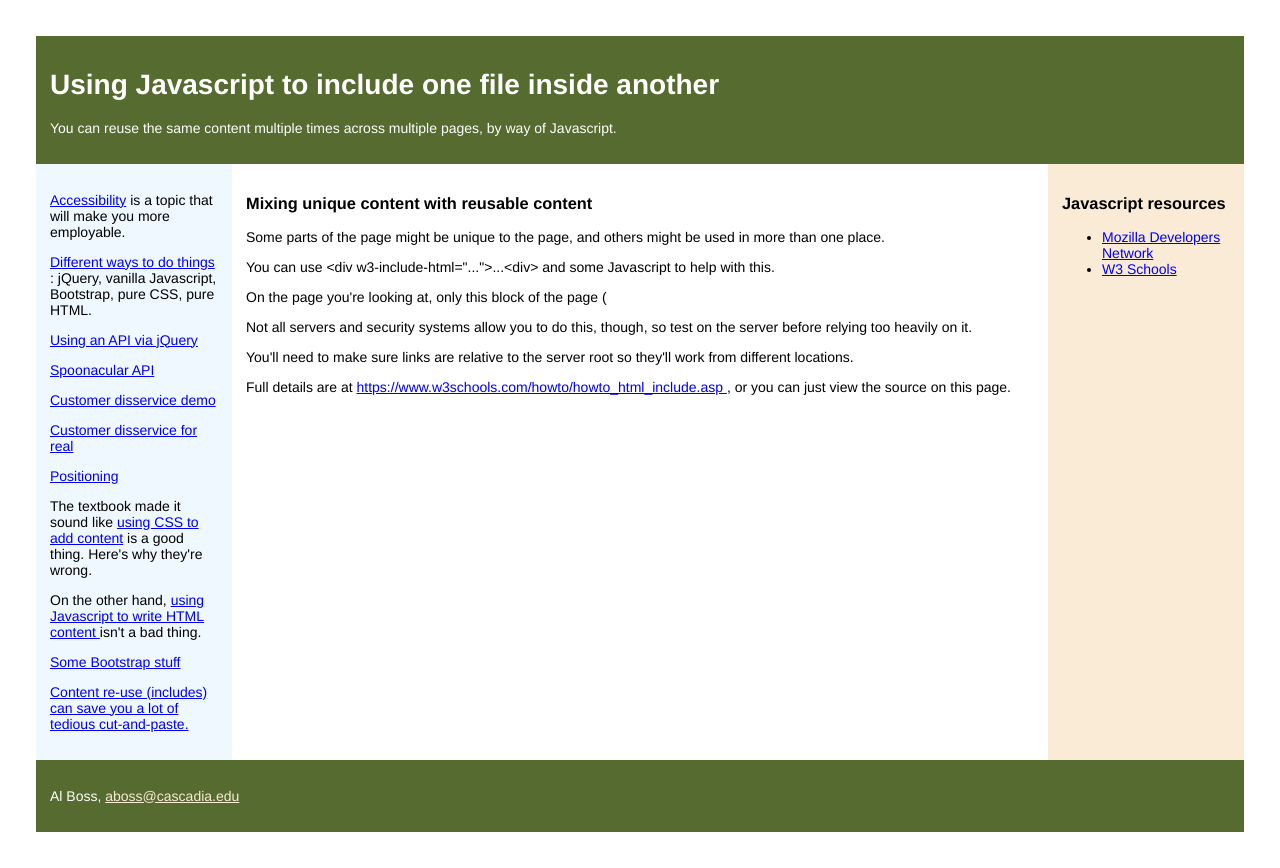
Repository: alboss/bit-175
Page: docs/includes-index.html
These files come from the project's save history. The page is drawn as it stood at one moment and after the next save; the edit follows.
The browser window is 1280 px wide. The pictures show the whole page.

Above is the page before, as saved 2023-05-10 17:25:30.

After the next save:
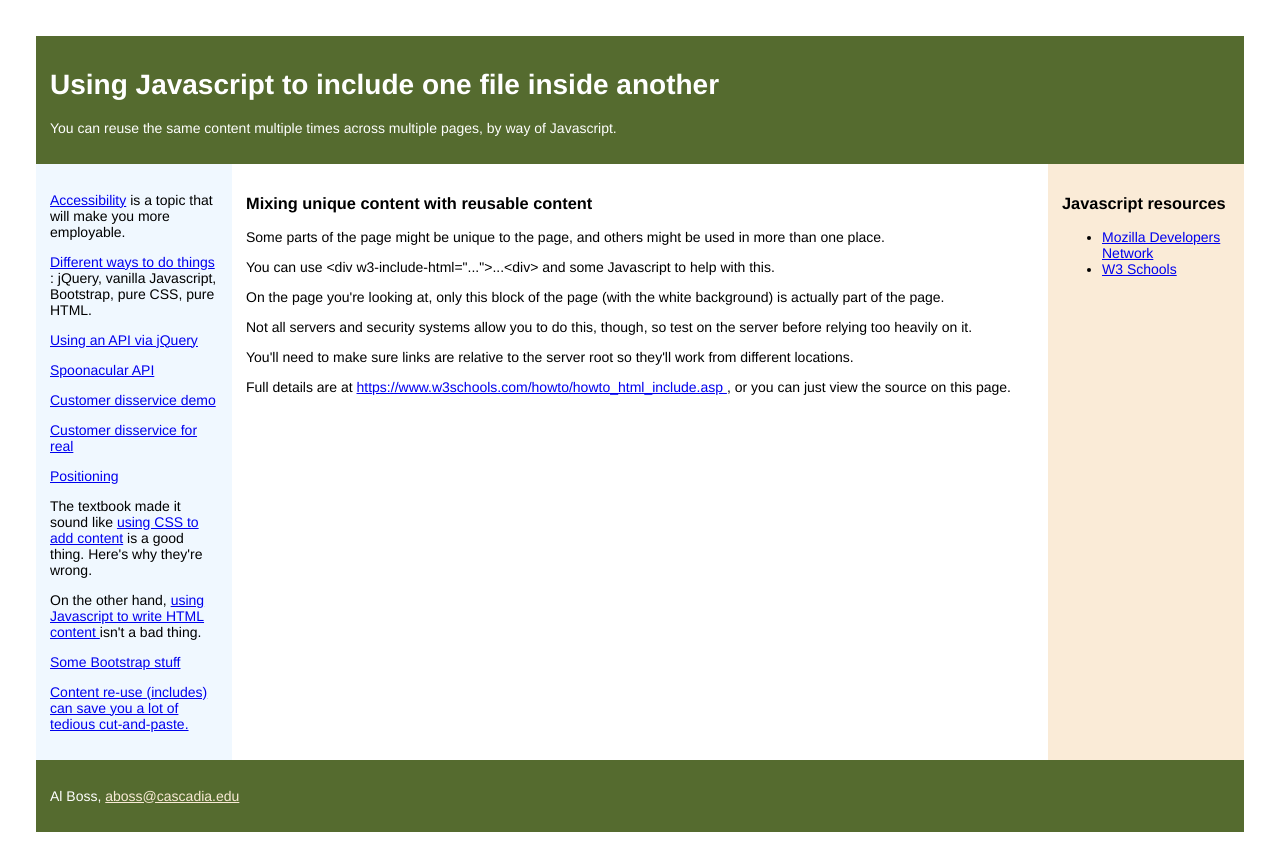
Saved 11 s later.
--- a/docs/includes-index.html
+++ b/docs/includes-index.html
@@ -69,7 +69,7 @@
           You can use &lt;div w3-include-html="..."&gt;...&lt;div&gt; and some
           Javascript to help with this.
         </p>
-        <p>On the page you're looking at, only this block of the page (</p>
+        <p>On the page you're looking at, only this block of the page (with the white background) is actually part of the page. </p>
         <p>
           Not all servers and security systems allow you to do this, though, so
           test on the server before relying too heavily on it.
